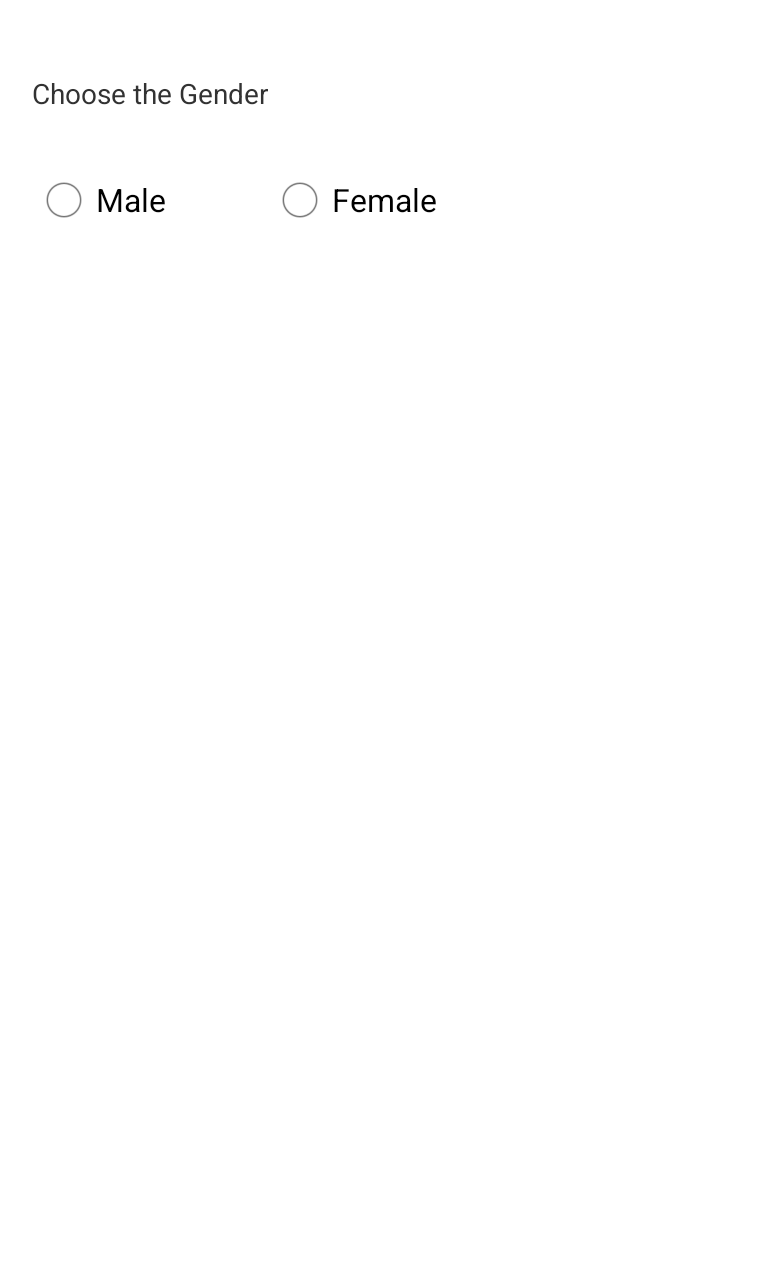
Repository: MadhuHS/JECM3
Layout: RadioButtonsDemo/res/layout/activity_main.xml
The author's editor kept a copy of each file at every save. The layout is drawn from the files as they stood at one save, then again after the next save.
It is drawn on a 768 x 1280 px phone screen (xhdpi) without system bars, with theme AppTheme; the app's code is not run.

Above is the layout before, as saved 2015-11-13 03:10:16.

After the next save:
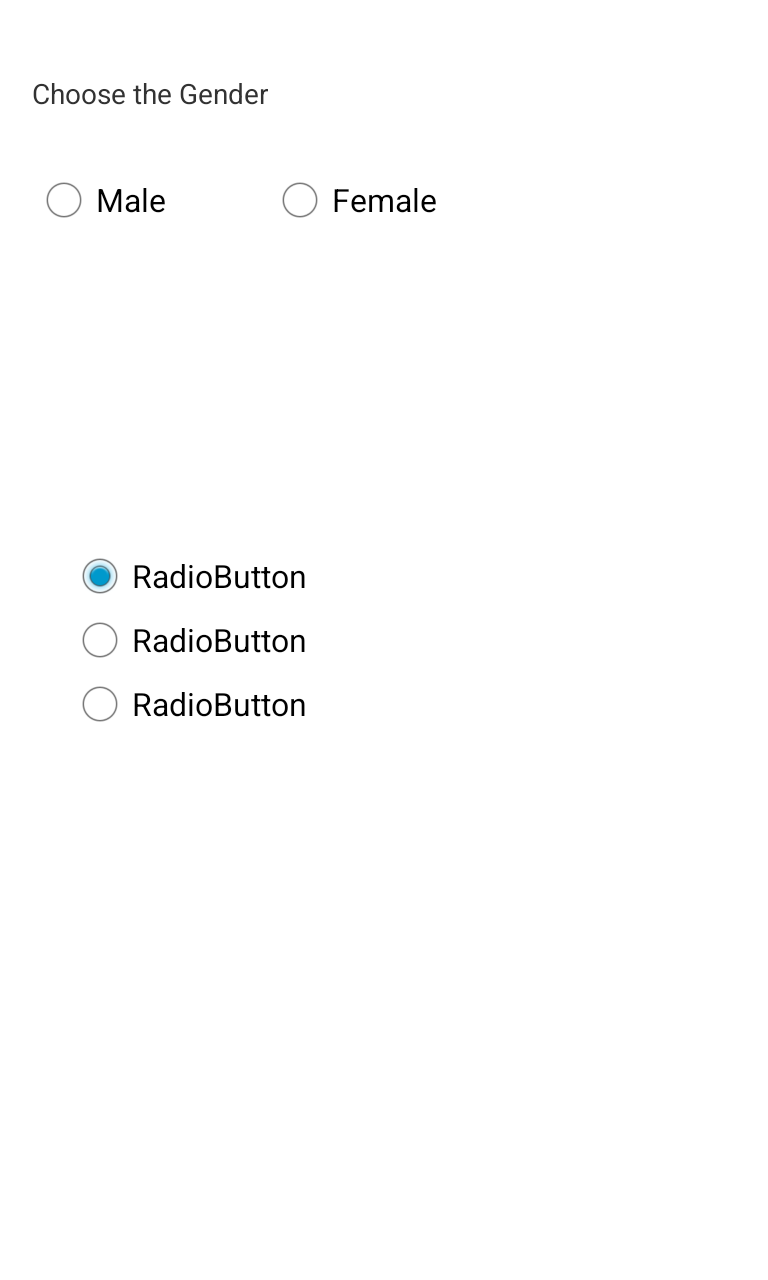
Saved 4 min 34 s later.
--- a/RadioButtonsDemo/res/layout/activity_main.xml
+++ b/RadioButtonsDemo/res/layout/activity_main.xml
@@ -35,4 +35,32 @@
         android:layout_toRightOf="@+id/textViewdisplaychoice"
         android:text="Female" />
 
+    <RadioGroup
+        android:id="@+id/radioGroup1"
+        android:layout_width="wrap_content"
+        android:layout_height="wrap_content"
+        android:layout_alignLeft="@+id/radioButtonchoice1"
+        android:layout_centerVertical="true"
+        android:layout_marginLeft="18dp" >
+
+        <RadioButton
+            android:id="@+id/radio0"
+            android:layout_width="wrap_content"
+            android:layout_height="wrap_content"
+            android:checked="true"
+            android:text="RadioButton" />
+
+        <RadioButton
+            android:id="@+id/radio1"
+            android:layout_width="wrap_content"
+            android:layout_height="wrap_content"
+            android:text="RadioButton" />
+
+        <RadioButton
+            android:id="@+id/radio2"
+            android:layout_width="wrap_content"
+            android:layout_height="wrap_content"
+            android:text="RadioButton" />
+    </RadioGroup>
+
 </RelativeLayout>
